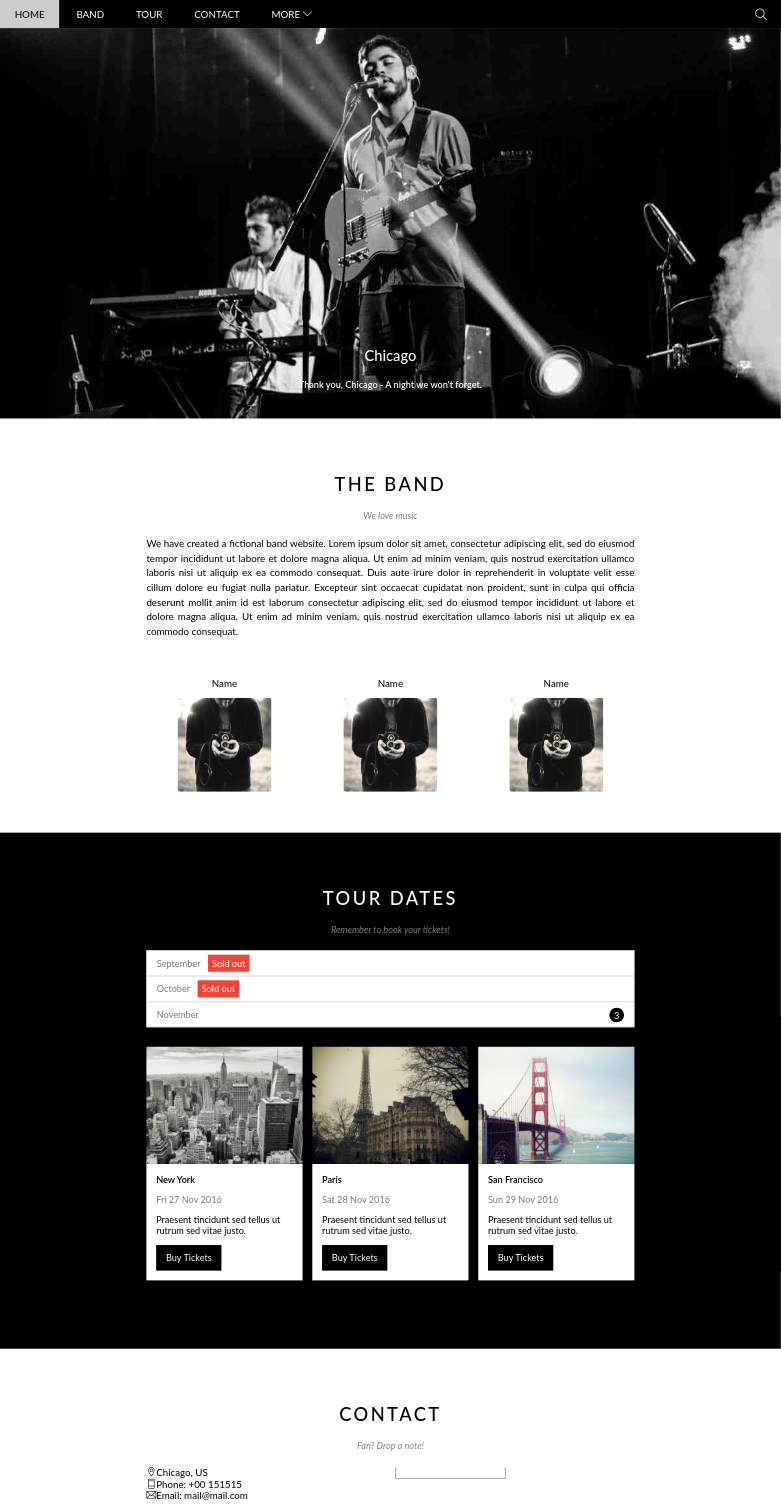
Repository: tatvanhco/web-dau-tay
Page: index.html
These files come from the project's save history. The page is drawn as it stood at one moment and after the next save; the edit follows.
The browser window is 1280 px wide. The pictures show the whole page, at 61% of full size.

Above is the page before, as saved 2022-01-23 21:09:35.

### index.html
<!DOCTYPE html>
<html lang="en">
<head>
    <meta charset="UTF-8">
    <!-- <meta http-equiv="X-UA-Compatible" content="IE=edge"> -->
    <meta name="viewport" content="width=device-width, initial-scale=1.0">
    <title>the band</title>
    <link rel="shortcut icon" href="./assets/img/band/logo.png" type="image/x-icon">
    <link rel="stylesheet" href="./assets/fronts/themify-icons/themify-icons.css">
    <link rel="stylesheet" href="./assets/css/style.css">
    <link rel="stylesheet" href="./assets/css/responsive.css">
</head>
<body>
    <div id="main">
        <div id="header">
            <ul id="nav">
                <li><a href="#">home</a></li>
                <li><a href="#">band</a></li>
                <li><a href="#">tour</a></li>
                <li><a href="#">contact</a></li>
                <li>
                    <a href="#">more
                        <i class="drop-down ti-angle-down"></i>
                    </a>
                    <div class="subnav">
                        <ul>
                            <li><a href="">Merchandise</a></li>
                            <li><a href="">Extras</a></li>
                            <li><a href="">Media</a></li>
                        </ul>
                    </div>
                </li>
            </ul>
            <div class="search-btn">
                <i class="search-icon ti-search"></i>
            </div>
        </div>
        <div id="slide">
            <div class="text-content">
                <h2 class="text-heading">Chicago</h2>
                <div class="text-desc">Thank you, Chicago - A night we won't forget.</div>
            </div>
        </div>
        <div id="content">
            <div class="content-section">
                <h2 class="section-heading">THE BAND</h2>
                <p class="section-sub-heading">We love music</p>
                <p class="about">
                    We have created a fictional band website. Lorem ipsum dolor sit amet, consectetur adipiscing elit, sed do eiusmod tempor incididunt ut labore et dolore magna aliqua. Ut enim ad minim veniam, quis nostrud exercitation ullamco laboris nisi ut aliquip ex ea commodo consequat. Duis aute irure dolor in reprehenderit in voluptate velit esse cillum dolore eu fugiat nulla pariatur. Excepteur sint occaecat cupidatat non proident, sunt in culpa qui officia deserunt mollit anim id est laborum consectetur adipiscing elit, sed do eiusmod tempor incididunt ut labore et dolore magna aliqua. Ut enim ad minim veniam, quis nostrud exercitation ullamco laboris nisi ut aliquip ex ea commodo consequat.
                </p>
                <div class="row team">
                    <div class="col col-3 text-center">
                        <p class="team-name">Name</p>
                        <img src="./assets/img/band/member.jpg" class="team-img">
                    </div>

                    <div class="col col-3 text-center">
                        <p class="team-name">Name</p>
                        <img src="./assets/img/band/member.jpg" class="team-img">
                    </div>

                    <div class="col col-3 text-center">
                        <p class="team-name">Name</p>
                        <img src="./assets/img/band/member.jpg" class="team-img">
                    </div>
                </div>
                <div class="clear"></div>
            </div>

            <div class="tour-section">
                <div class="content-section">
                    <h2 class="text-white section-heading">TOUR DATES</h2>
                    <p class="text-white section-sub-heading">Remember to book your tickets!</p>
                    <ul class="ticket-list">
                        <li>September<span class="soldout">Sold out</span></li>
                        <li>October<span class="soldout">Sold out</span></li>
                        <li>November<span class="quatity">3</span></li>
                    </ul>
                    <div class="row place-list">
                        <div class="col col-3">
                            <img src="./assets/img/places/place1.jpg" class="place-img">
                            <div class="place-body">
                                <h3 class="place-heading">New York</h3>
                                <p class="place-time">Fri 27 Nov 2016</p>
                                <p class="place-desc">Praesent tincidunt sed tellus ut rutrum sed vitae justo.</p>
                                <a href="#" class="place-buy-btn">Buy Tickets</a>
                            </div>
                        </div>
                        <div class="col col-3">
                            <img src="./assets/img/places/place2.jpg" class="place-img">
                            <div class="place-body">
                                <h3 class="place-heading">Paris</h3>
                                <p class="place-time">Sat 28 Nov 2016</p>
                                <p class="place-desc">Praesent tincidunt sed tellus ut rutrum sed vitae justo.</p>
                                <a href="#" class="place-buy-btn">Buy Tickets</a>
                            </div>
                        </div>
                        <div class="col col-3">
                            <img src="./assets/img/places/place3.jpg" class="place-img">
                            <div class="place-body">
                                <h3 class="place-heading">San Francisco</h3>
                                <p class="place-time">Sun 29 Nov 2016</p>
                                <p class="place-desc">Praesent tincidunt sed tellus ut rutrum sed vitae justo.</p>
                                <a href="#" class="place-buy-btn">Buy Tickets</a>
                            </div>
                        </div>
                        <div class="clear"></div>
                    </div>
                </div>
            </div>

            <div class="content-section">
                <h2 class="section-heading">CONTACT</h2>
                <p class="section-sub-heading">Fan? Drop a note!</p>
                <div class="row">
                    <div class="col col-2">
                        <p><i class="ti-location-pin"></i>Chicago, US</p>
                        <p><i class="ti-mobile"></i>Phone: +00 151515</p>
                        <p><i class="ti-email"></i>Email: mail@mail.com</p>
                    </div>
                    <div class="col col-2">
                        <form action="">
                            <div class="row">
                                <div class="col col-2">
                                    <input type="text" class="form-control">
                                </div>
                            </div>
                            <div class="row"></div>
                        </form>
                    </div>
                </div>
            </div>

        </div>

        <div id="footer">

        </div>
    </div>
</body>
</html>

### assets/css/style.css
/* reset trang */
* {
    margin: 0;
    padding: 0;
    box-sizing: border-box;
}

body {
    font-family: "Lato", sans-serif;
}
/* dùng chung */
.clear {
    clear: both;
}

.text-white {
    color: #fff !important;
}

.text-center {
    text-align: center;
}

.row {
    margin-left: -8px;
    margin-right: -8px;
}

.col {
    float: left;
    padding-left: 8px;
    padding-right: 8px;
}

.col-3 {
    width: 33.33333%;
}

.col-2 {
    width: 50%;
}
/* css từng thành phần */
#header {
    width: 100%;
    height: 46px;
    background-color: #000;
    position: fixed;
    top: 0;
    left: 0;
    right: 0;
    z-index: 1;
}
#nav {
    display: inline-block;
}

#nav > li {
    display: inline-block;
}

#nav li {
    position: relative;
    list-style-type: none;
}

#nav > li > a {
    color: #fff;
    text-transform: uppercase;
}

#nav li a {
    text-decoration: none;
    padding: 0 24px;
    line-height: 46px;
    display: block;

}

#nav li:hover .subnav {
    display: block;
}

#nav .subnav li:hover a,
#nav > li:hover > a {
    background-color: #ccc;
    color: #000;
}

#nav .subnav {
    display: none;
    min-width: 160px;
    position: absolute;
    top: 100%;
    left: 0;
    background-color: #fff;
    box-shadow: 0 0 10px rgba(0, 0, 0, 0.3);
}

#nav .subnav a {
    color: #000;
    padding: 0px 24px;
    line-height: 38px;
}

#header .search-btn {
    float: right;
    padding: 0 22px;
    cursor: pointer;
}

#header .search-btn:hover {
    background-color: #f44336;
}

#header .search-icon {
    color: #fff;
    font-size: 20px;
    line-height: 46px;
}

#slide {
    position: relative;
    margin-top: 46px;
    padding-top: 50%;
    background: url(/assets/img/slider/chicago.jpg) top center / cover no-repeat;
}

#slide .text-content {
    color: #fff;
    position: absolute;
    bottom: 47px;
    /* cách canh giữa
    left: 50%;
    transform: translateX(-50%); */
    width: 100%;
    text-align: center;
}

#slide .text-heading {
    font-weight: 500;
    font-size: 24px;
}

#slide .text-desc {
    font-weight: 600;
    margin-top: 25px;
    font-size: 15px;
}

#content {

}

#content .content-section {
    max-width: 800px;
    margin-left: auto;
    margin-right: auto;
    padding: 64px 0;
}

#content .section-heading,
#content .section-sub-heading {
    text-align: center;
    margin: 25px 0;
}

#content .section-heading {
    font-size: 30px;
    font-weight: 500;
    letter-spacing: 4px;
}

#content .section-sub-heading {
    font-size: 15px;
    opacity: 0.5;
    font-style: italic;
}

#content .about {
    text-align: justify;
    line-height: 1.5;
}

#content .team {
    margin-top: 48px;
}

#content .team-name {
    margin: 15px 0;
}

#content .team-img {
    width: 60%;
    border-radius: 4px;
    text-align: center;
}

.tour-section {
    background-color: #000;
}

.ticket-list {
    background-color: #fff;
}

.ticket-list li {
    color: #757575;
    list-style-type: none;
    font-size: 15px;
    border: 1px solid #ddd;
    padding: 11px 16px;
}

.ticket-list .soldout {
    color: #fff;
    margin-left: 12px;
    padding: 5px 7px;
    background-color: #f44336;
}

.ticket-list .quatity {
    float: right;
    width: 24px;
    height: 24px;
    border-radius: 50%;
    background-color: #000;
    color: #fff;
    text-align: center;
    line-height: 24px;
    margin-top: -2px;
}

.place-list {
    /* margin: 32px 48px; */
    margin-top: 32px;
    margin-bottom: 48px;
}

.place-img {
    width: 100%;
    display: block;
}

.place-img:hover {
    opacity: 0.6;
}

.place-body {
    background-color: #fff;
    padding: 16px;
    font-size: 15px;
}

.place-heading {
    font-size: 15px;
    font-weight: 600;
}

.place-time {
    color: #757575;
    margin-top: 15px;
}

.place-desc {
    margin-top: 15px;
}

.place-buy-btn {
    color: #fff;
    background-color: #000;
    text-decoration: none;
    padding: 12px 16px;
    margin-top: 15px;
    display: inline-block;
}

.place-buy-btn:hover {
    color: #000;
    background-color: #ccc;
}

Loaded but not shown: assets/fronts/themify-icons/themify-icons.css (common file); assets/css/responsive.css (no copy from this time; the picture is the same without it)

After the next save:
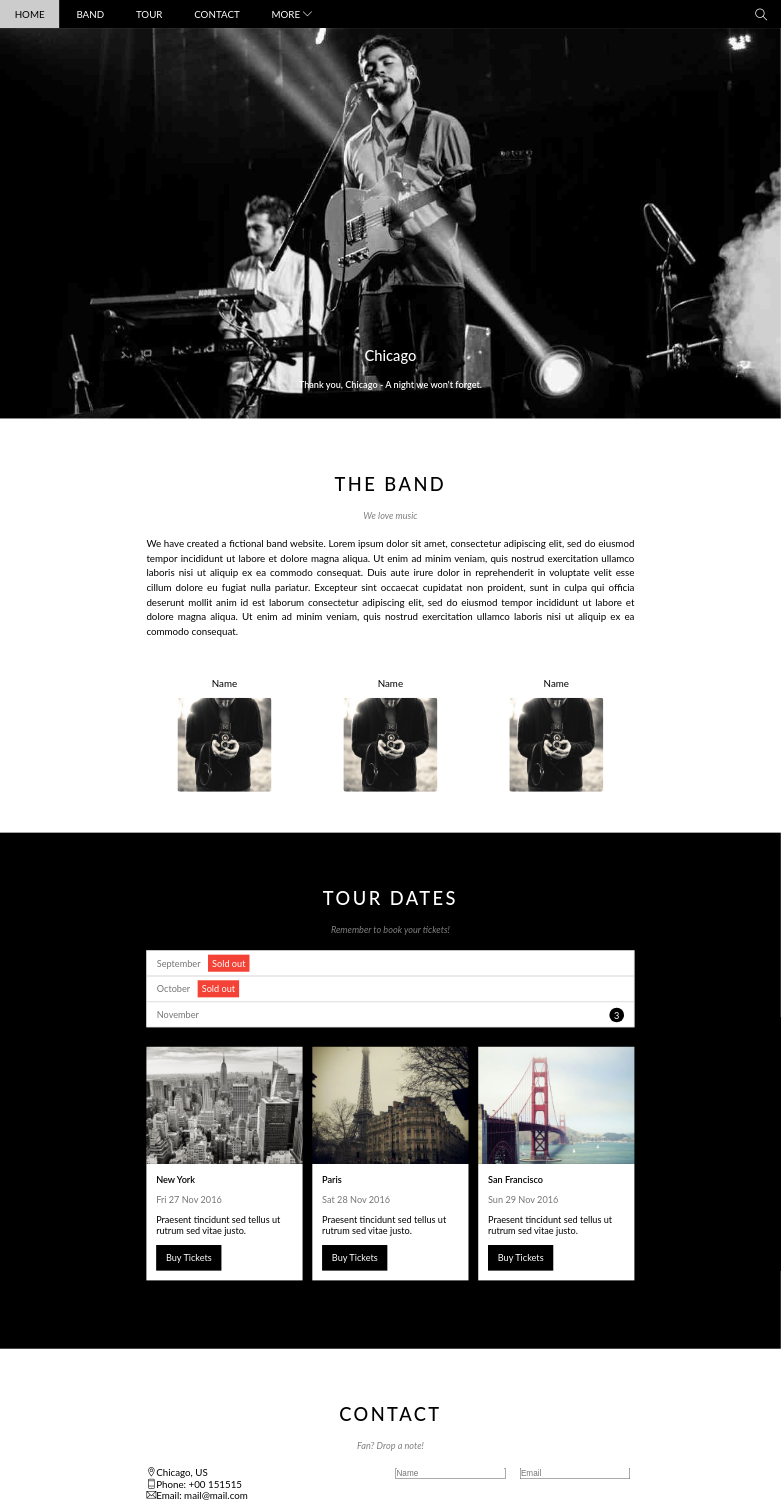
Saved 49 s later.
--- a/index.html
+++ b/index.html
@@ -122,7 +122,10 @@
                         <form action="">
                             <div class="row">
                                 <div class="col col-2">
-                                    <input type="text" class="form-control">
+                                    <input type="text" placeholder="Name" class="form-control">
+                                </div>
+                                <div class="col col-2">
+                                    <input type="text" placeholder="Email" class="form-control">
                                 </div>
                             </div>
                             <div class="row"></div>
